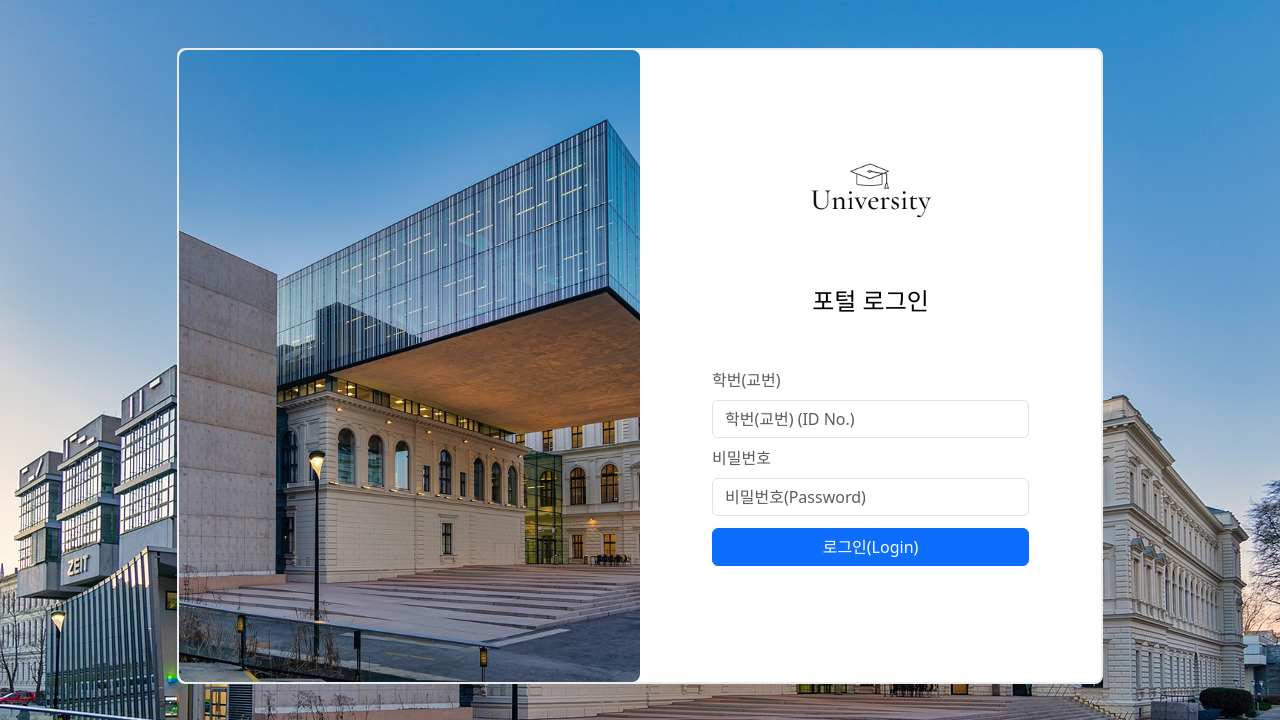
Repository: invisibleufo101/StudentManagementWeb
Page: HSW_Web/src/main/webapp/login.html
An editor plug-in stored every save of this project. The page is shown before and after the next save, followed by the edit.
The browser window is 1280 px wide. The pictures show the whole page.

Above is the page before, as saved 2024-09-19 01:37:19.

After the next save:
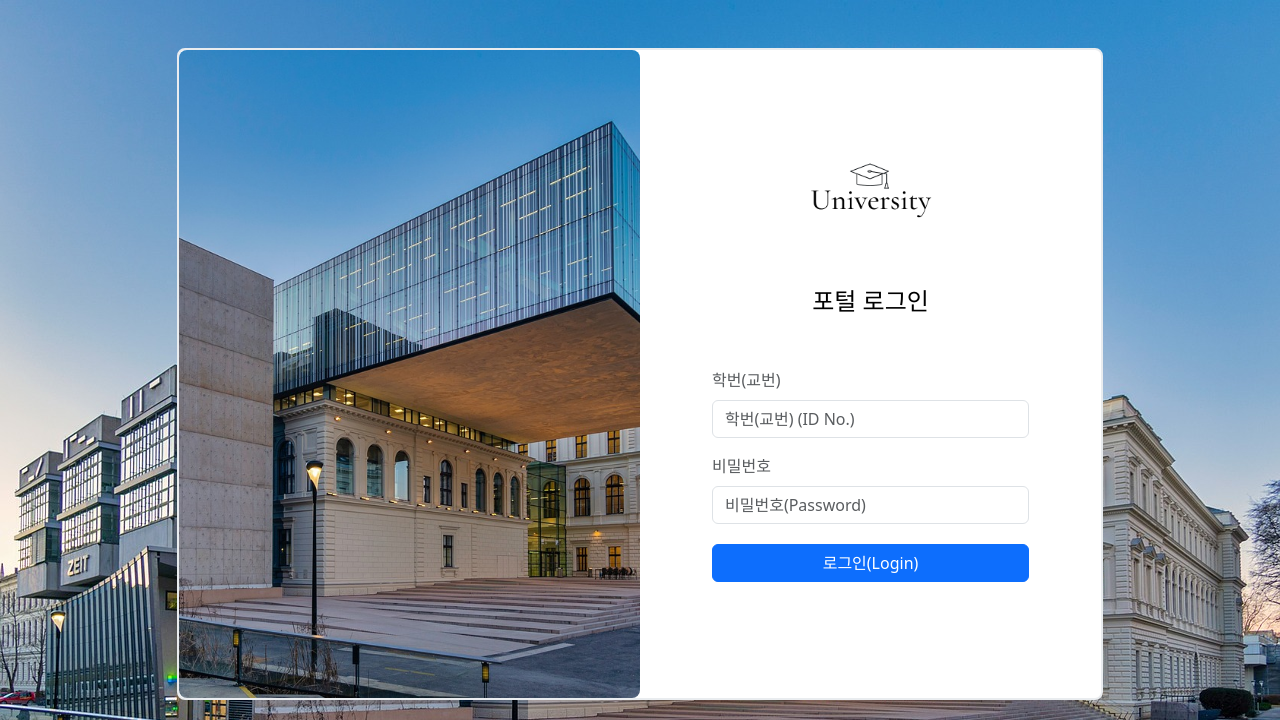
Saved 32 s later.
--- a/HSW_Web/src/main/webapp/login.html
+++ b/HSW_Web/src/main/webapp/login.html
@@ -27,12 +27,12 @@
 									</div>
 
 									<form>
-										<div data-mdb-input-init class="form-outline mb-2">
+										<div data-mdb-input-init class="form-outline mb-3">
 											<label class="form-label text-muted" for="form2Example11">학번(교번)</label>
 											<input type="text" id="" class="form-control" placeholder="학번(교번) (ID No.)" />
 										</div>
 
-										<div data-mdb-input-init class="form-outline mb-2">
+										<div data-mdb-input-init class="form-outline mb-3">
 											<label class="form-label text-muted" for="form2Example22">비밀번호</label>
 											<input type="password" id="form2Example22" class="form-control" placeholder="비밀번호(Password)"/>
 										</div>
